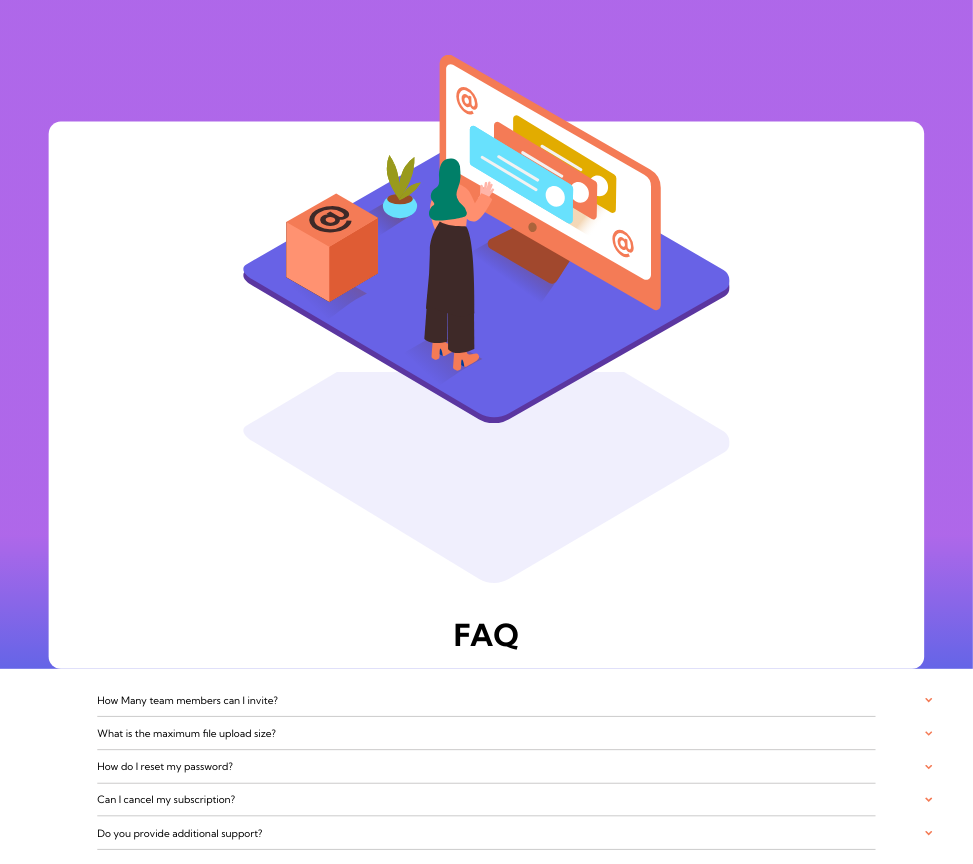
Repository: ryanwilll/ProjetoFAQ
Page: index.html
An editor plug-in stored every save of this project. The page is shown before and after the next save, followed by the edit.
The browser window is 1280 px wide. The pictures show the whole page, at 76% of full size.

Above is the page before, as saved 2022-10-26 19:58:20.

After the next save:
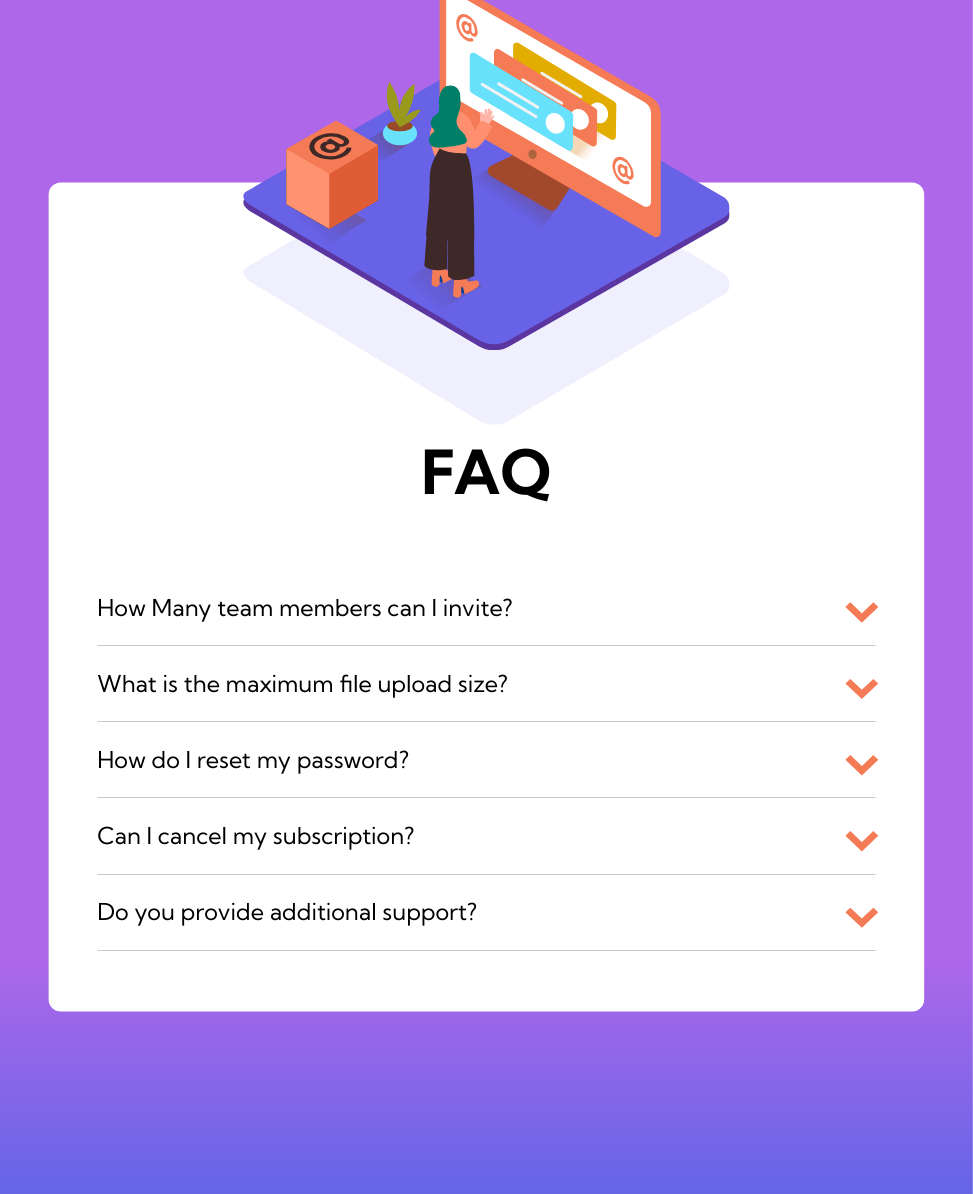
Saved 8 s later.
--- a/css/allmedia.css
+++ b/css/allmedia.css
@@ -113,4 +113,39 @@
 }
 
 @media screen and (min-width: 1201px) {
+  body {
+    background: linear-gradient(hsl(273, 75%, 66%) 80%, hsl(240, 73%, 65%));
+    background: linear-gradient(hsl(273, 75%, 66%) 80%, hsl(240, 73%, 65%));
+    background-repeat: no-repeat;
+    position: relative;
+    height: 100%;
+    width: 100%;
+  }
+  .card-white {
+    max-height: 100%;
+    margin: 15em auto;
+    border-radius: 1em;
+    padding-bottom: 5em;
+  }
+  .card-white .imgs {
+    top: -16.5em;
+  }
+
+  .card-white .imgs .sombra-img-principal {
+    top: -11.5em;
+  }
+  .card-white .FAQ {
+    font-size: 5em;
+    margin: -5.5em 0em 1em;
+  }
+  .card-white button img {
+    width: 1.5em;
+    height: 1em;
+  }
+  .card-white .faq-menu .text .question {
+    font-size: 2.3em;
+  }
+  .card-white .faq-menu .text.active .answer {
+    font-size: 1.7em;
+  }
 }
